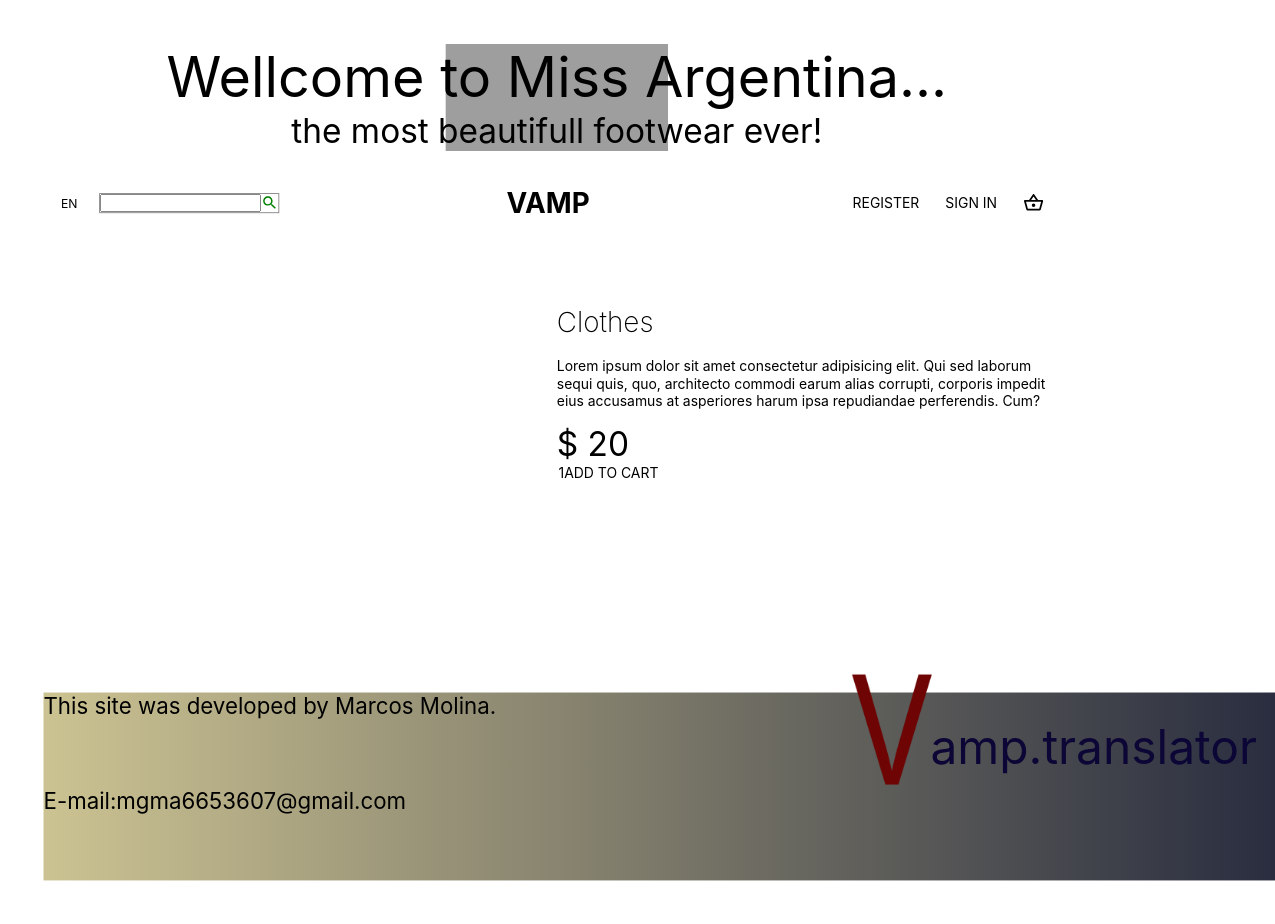
Repository: mgma2005/ecoeli
Page: /
These files come from the project's save history. The page is drawn as it stood at one moment and after the next save; the edit follows.
The browser window is 1280 px wide. The page is 1466 px wide, then 1280 px, so the pictures cover 1466 px, including what lies to the right of the window. The pictures show the whole page, at 87% of full size.
Pictures or frames that could not be fetched are drawn as grey boxes. The project was rebuilt for these pictures with package versions that can differ from the ones it lists, and the page was loaded fresh each time. Also part of the build but not shown: src/App.css.

Above is the page before, as saved 2022-05-14 17:48:25.

After the next save:
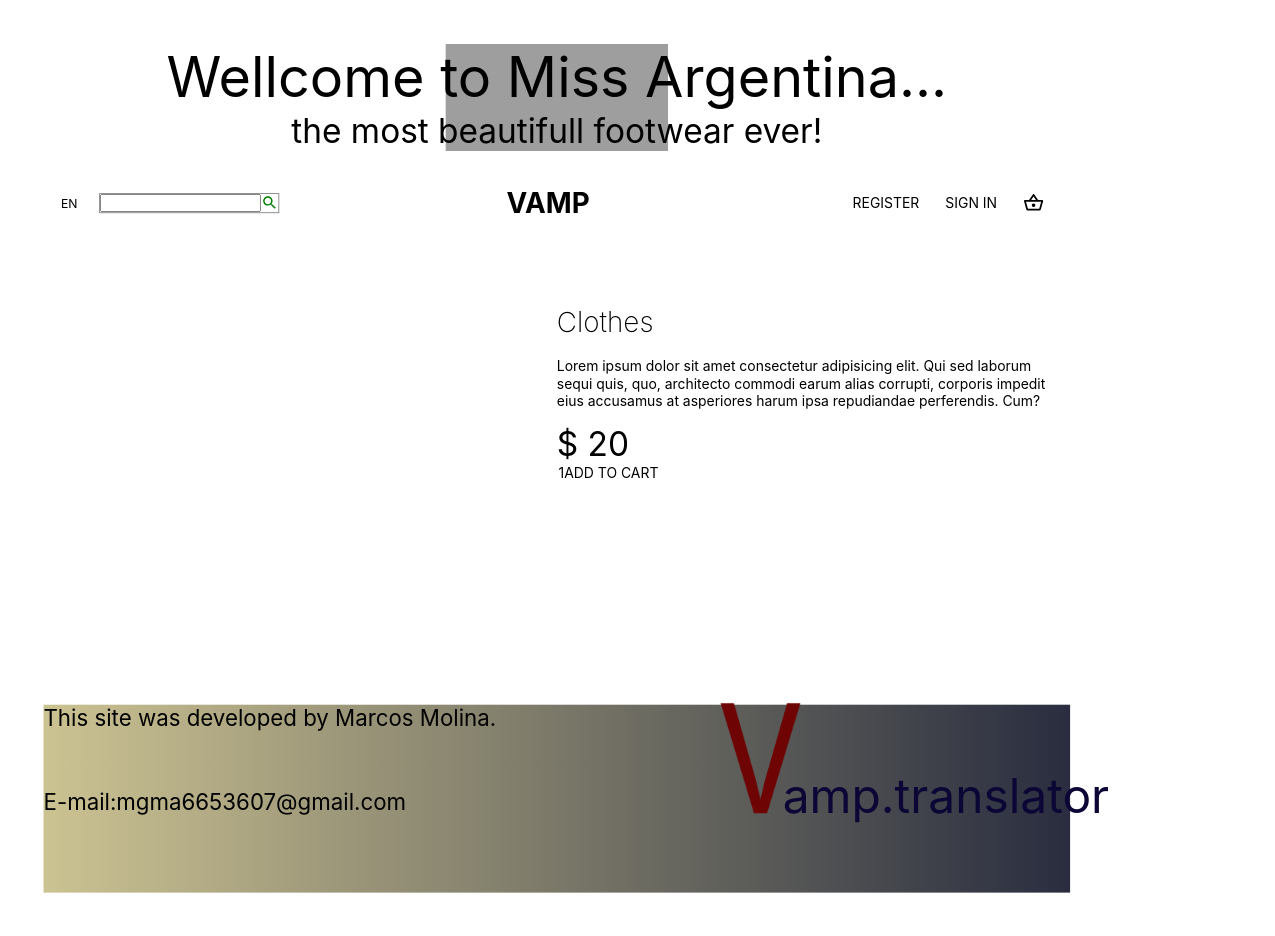
Saved 7 s later.
--- a/src/style.css
+++ b/src/style.css
@@ -1,6 +1,6 @@
 .cont2{
 
-    width: 120%;
+    width: 100%;
     height: 30vh;
     background: linear-gradient(to right, rgb(204, 195, 146),rgb(41, 45, 63));
 
